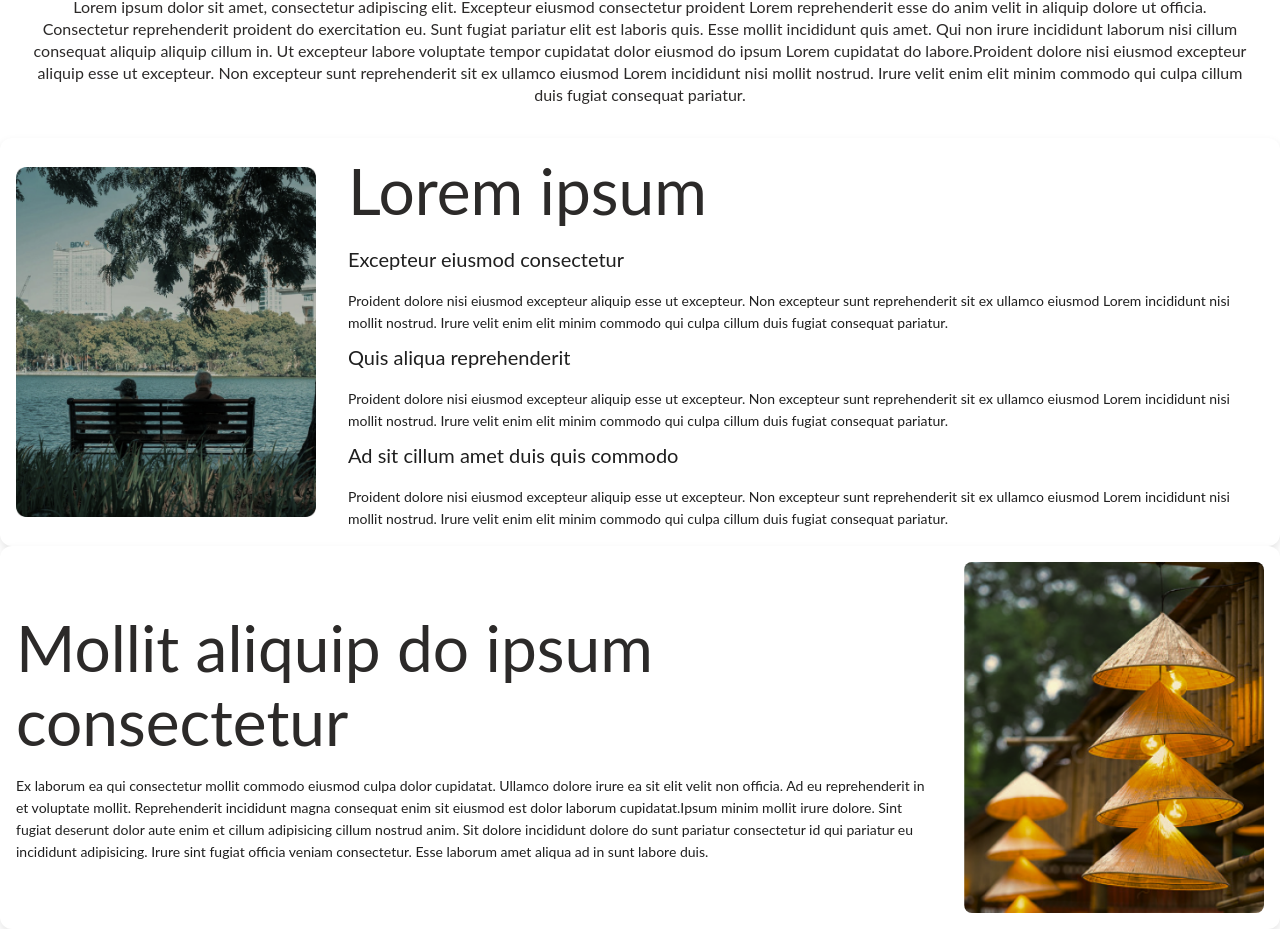
Repository: PhamNguyen2608/WGT-test
Page: index.html
An editor plug-in stored every save of this project. The page is shown before and after the next save, followed by the edit.
The browser window is 1280 px wide. The pictures show the part of the page from y = 782 to 1711 px (the page is 1711 px tall before and 1699 px after).
A picture or video elsewhere on the page could not be fetched, so the positions and the page height are approximate.

Above is the page before, as saved 2024-11-12 02:26:54.

### index.html
<!DOCTYPE html>
<html lang="en">
<head>
    <meta charset="UTF-8">
    <meta name="viewport" content="width=device-width, initial-scale=1.0">
    <title>Test</title>
    <link rel="stylesheet" href="asset/css/style.css">
</head>
<body>
    <div id="app"></div>
    <script type="module" src="src/js/main.js"></script>
</body>
</html>

### asset/css/style.css
@import './global/reset.css';
@import './global/variables.css';
@import './global/typography.css';

@import './components/hero-section.css';
@import './components/content-section.css';
@import './components/header.css';

### src/js/main.js
import App from './app.js';

document.addEventListener('DOMContentLoaded', () => {
    const rootElement = document.getElementById('app');
    const app = new App(rootElement);
    app.render();
});

### asset/css/global/reset.css
/* Reset CSS */
* {
    margin: 0;
    padding: 0;
    box-sizing: border-box;
}

body {
    font-family: var(--font-family-sans);
}

### asset/css/global/variables.css
:root {
    /* Màu sắc */
    --color-primary: #2C2A29;
    --color-secondary: #1F1F1F;
    --color-background: #ffffff;

    /* Font chữ */
    --font-family-serif: 'Georgia', serif;
    --font-family-sans: 'Lato', sans-serif;
    /* Font weight */
    --font-weight-regular: 400;
    --font-weight-medium: 500;
    --font-weight-bold: 700;

    /* Cỡ chữ */
    --font-size-12: 12px;
    --font-size-14: 14px;
    --font-size-16: 16px;
    --font-size-20: 20px;
    --font-size-24: 24px;
    --font-size-40: 40px;

    /* Line height */
    --line-height-1-4: 1.4;
    --line-height-1-6: 1.6;
    --line-height-2-0: 2;
    --line-height-22: 22px;

    /* Khoảng cách */
    --spacing-small: 8px;
    --spacing-medium: 16px;
    --spacing-large: 32px;
}

### asset/css/global/typography.css
/* Font weight */
.text-regular {
    font-weight: var(--font-weight-regular);
}
.text-medium {
    font-weight: var(--font-weight-medium);
}
.text-bold {
    font-weight: var(--font-weight-bold);
}
.text-extra-bold {
    font-weight: var(--font-weight-extra-bold);
}
/* Font size */
.fz-12 {
    font-size: var(--font-size-12);
}
.fz-14 {
    font-size: var(--font-size-14);
}
.fz-16 {
    font-size: var(--font-size-16);
}
.fz-20 {
    font-size: var(--font-size-20);
}
.fz-24 {
    font-size: var(--font-size-24);
}
.fz-40 {
    font-size: var(--font-size-40);
}
/* Line height */
.line-1-4 {
    line-height: var(--line-height-1-4);
}
.line-1-6 {
    line-height: var(--line-height-1-6);
}

/* Text color */
.text-primary {
    color: var(--color-primary);
}
.text-secondary {
    color: var(--color-secondary);
}
.text-accent {
    color: var(--color-accent);
}

### asset/css/components/hero-section.css
.hero-section {
    text-align: center;
    padding: var(--spacing-large);
    background-color: var(--color-background);
    font-family: var(--font-family-sans);
}

.hero-title {
    font-size: var(--font-size-40);
    font-weight: var(--font-weight-regular);
    margin-bottom: var(--spacing-medium);
}

.hero-images {
    display: flex;
    justify-content: center;
    gap: var(--spacing-medium);
}

.hero-content {
    margin-top: var(--spacing-medium);
    font-size: var(--font-size-16);
    font-weight: var(--font-weight-regular);
    line-height: 22px;
    color: var(--color-primary);
}

### asset/css/components/content-section.css
.content-container {
    display: flex;
    flex-direction: column;
    gap: var(--spacing-large);
}

.content-section {
    display: flex;
    flex-direction: row;
    gap: var(--spacing-large);
    align-items: center;
    padding: var(--spacing-medium);
    border: 1px solid var(--color-border);
    border-radius: 12px;
    background-color: var(--color-background);
    box-shadow: 0 4px 8px rgba(0, 0, 0, 0.1);
}

.content-section.reverse {
    flex-direction: row-reverse;
}

.content-image {
    flex: 1;
    max-width: 300px;
    height: auto;
    border-radius: 8px;
    object-fit: cover;
}

.content-text {
    flex: 2;
    display: flex;
    flex-direction: column;
    gap: var(--spacing-small);
}

.content-title {
    font-size: 64px;
    font-weight: 400;
    line-height: 74px;
    color: var(--color-primary);
    margin-bottom: var(--spacing-small);
}

.content-subtitle {
    font-size: 20px;
    font-weight: 400;
    line-height: 30px;
    color: var(--color-secondary);
    margin-bottom: var(--spacing-small);
}

.content-description {
    font-size: 14px;
    font-weight: 400;
    line-height: 22px;
    color: var(--color-secondary);
}

### asset/css/components/header.css
.header {
    color: var(--color-primary);
    text-align: center;
    padding: var(--spacing-large);
    background-color: var(--color-background);
    font-size: var(--font-size-40);
    font-weight: var(--font-weight-regular);
}

.header__title {
    font-size: var(--font-size-40);
    font-weight: var(--font-weight-regular);
    color: var(--color-primary);
    margin: 0;
}

### src/js/app.js
import Router from './router.js';
import LandingPage from '../pages/LandingPage.js';


export default class App {
    constructor(rootElement, routes, components) {
        this.rootElement = rootElement;
        this.routes = routes;
        this.components = components;
        this.router = new Router();
        console.log('App initialized');
    }

    setupRouter(){
        this.router.registerRoute("/", () => new LandingPage().render());
        this.router.listen(this.rootElement);
    }
    render(){
        this.setupRouter();
    }
}

### src/js/router.js
export default class Router {
    constructor() {
        this.routes = {};
    }

    registerRoute(path, callback) {
        this.routes[path] = callback;
    }

    async handleRouteChange(rootElement) {
        const path = window.location.hash.slice(1) || '/';
        const renderCallback = this.routes[path];

        if (renderCallback) {
            rootElement.innerHTML = '';
            try {
                const content = await renderCallback();
                if (content instanceof Node) {
                    rootElement.appendChild(content);
                } else {
                    throw new Error('Render callback did not return a Node');
                }
            } catch (error) {
                console.error('Error rendering route:', error);
                rootElement.innerHTML = '<h1>Failed to load route content</h1>';
            }
        } else {
            rootElement.innerHTML = '<h1>404 - Page Not Found</h1>';
        }
    }

    listen(rootElement) {
        window.addEventListener('hashchange', () => this.handleRouteChange(rootElement));
        this.handleRouteChange(rootElement);
    }
}

### src/pages/LandingPage.js
import Header from '../components/Header.js';
import HeroSection from '../components/HeroSection.js';
import ContentSection from '../components/ContentSection.js';
import GetDataService from '../services/getDataService.js';

export default class LandingPage {
    constructor() {
        this.getDataService = new GetDataService();
    }

    async render() {
        const container = document.createElement('div');
        container.className = 'landing-page';

        try {
            const pageData = await this.getDataService.getData();
            const page = pageData.page;
            console.log(pageData)
            // Render Header
            const header = new Header({ title: page.header.title });
            container.appendChild(header.render());

            // Render HeroSection
            const heroSection = new HeroSection({
                images: page.heroSection.images,
                content: page.heroSection.content,
            });
            container.appendChild(heroSection.render());
            const contentWrapper = document.createElement('div');
            contentWrapper.className = 'content-container';
            container.appendChild(contentWrapper);
            // Render ContentSections
            if (Array.isArray(page.contentSections)) {
                page.contentSections.forEach((sectionData, index) => {
                    const contentSection = new ContentSection({
                        image: sectionData.image,
                        text: sectionData.text,
                        reverse: index % 2 === 1,
                    });
                    container.appendChild(contentSection.render());
                });
            }
            else {
                console.warn('Content sections are not an array:', page.contentSections);
            }
        } catch (error) {
            console.error('Error rendering LandingPage:', error);
            container.textContent = 'Failed to load content.';
        }

        return container;
    }
}

### src/components/Header.js
export default class Header {
    constructor({ title }) {
        this.title = title;
    }

    render() {
        const header = document.createElement('header');
        header.className = 'header';

        const h1 = document.createElement('h1');
        h1.className = 'header__title';
        h1.textContent = this.title;

        header.appendChild(h1);

        return header;
    }
}

### src/components/HeroSection.js
export default class HeroSection {
  constructor(props = {}) {
    const { title, images, content, events = {} } = props;
    this.props = { title, images, content };
    this.events = events;
  }

  createElement(tag, className = "", textContent = "", attributes = {}) {
    const element = document.createElement(tag);
    if (className) element.className = className;
    if (textContent) element.textContent = textContent;

    Object.entries(attributes).forEach(([key, value]) => {
      element.setAttribute(key, value);
    });

    return element;
  }

  createImageContainer(images) {
    const container = this.createElement("div", "hero-images");
    if (Array.isArray(images)) {
      images.forEach(({ src, alt }) => {
        const img = this.createElement("img", "", "", {
          src,
          alt: alt || "Image",
        });
        container.appendChild(img);
      });
    } else {
      console.warn('HeroSection: "images" is not an array', images);
      container.textContent = "No images available";
    }
    return container;
  }

  render() {
    const { title, images, content } = this.props;

    const section = this.createElement("section", "hero-section");

    if (title) {
      const titleElement = this.createElement("h1", "hero-title", title);
      section.appendChild(titleElement);
    }

    const imageContainer = this.createImageContainer(images);
    section.appendChild(imageContainer);

    if (content) {
      const contentElement = this.createElement("p", "hero-content", content);
      section.appendChild(contentElement);
    } else {
      const placeholder = this.createElement(
        "p",
        "hero-content-placeholder",
        "No content available"
      );
      section.appendChild(placeholder);
    }

    return section;
  }
}

### src/components/ContentSection.js
export default class ContentSection {
    constructor({ image, text, reverse = false }) {
        this.image = image;
        this.text = text;
        this.reverse = reverse;
    }

    render() {
        const section = document.createElement('div');
        section.className = 'content-section';
        if (this.reverse) {
            section.classList.add('reverse');
        }

        const imageElement = document.createElement('img');
        imageElement.src = this.image.src;
        imageElement.alt = this.image.alt || 'Content Image';
        imageElement.className = 'content-image';

        const textContainer = document.createElement('div');
        textContainer.className = 'content-text';

        const titleElement = document.createElement('h2');
        titleElement.className = 'content-title';
        titleElement.textContent = this.text.title;

        textContainer.appendChild(titleElement);

        if (Array.isArray(this.text.subsections)) {
            this.text.subsections.forEach((subsection) => {
                const subtitleElement = document.createElement('h3');
                subtitleElement.className = 'content-subtitle';
                subtitleElement.textContent = subsection.subtitle;

                const contentElement = document.createElement('p');
                contentElement.className = 'content-description';
                contentElement.textContent = subsection.content;

                textContainer.appendChild(subtitleElement);
                textContainer.appendChild(contentElement);
            });
        } else if (this.text.content) {
            const contentElement = document.createElement('p');
            contentElement.className = 'content-description';
            contentElement.textContent = this.text.content;
            textContainer.appendChild(contentElement);
        }

        section.appendChild(imageElement);
        section.appendChild(textContainer);

        return section;
    }
}

### src/services/getDataService.js
export default class GetDataService {
    async getData() {
        try {
            const response = await fetch('src/data/data.json');
            if (!response.ok) {
                throw new Error('Failed to fetch data');
            }
            const data = await response.json();
            console.log(data)

            return data;
        } catch (error) {
            console.error('Error fetching data:', error);
            throw error;
        }
    }
}

### src/data/data.json
{
  "page": {
    "header": {
      "title": "Lorem ullamco"
    },
    "heroSection": {
      "images": [
        {
          "src": "asset/images/image-top-1.png",
          "alt": "Description of first image"
        },
        {
          "src": "asset/images/image-top-2.png",
          "alt": "Description of second image"
        }
      ],
      "content": "Lorem ipsum dolor sit amet, consectetur adipiscing elit. Excepteur eiusmod consectetur proident Lorem reprehenderit esse do anim velit in aliquip dolore ut officia. Consectetur reprehenderit proident do exercitation eu. Sunt fugiat pariatur elit est laboris quis. Esse mollit incididunt quis amet. Qui non irure incididunt laborum nisi cillum consequat aliquip aliquip cillum in. Ut excepteur labore voluptate tempor cupidatat dolor eiusmod do ipsum Lorem cupidatat do labore.Proident dolore nisi eiusmod excepteur aliquip esse ut excepteur. Non excepteur sunt reprehenderit sit ex ullamco eiusmod Lorem incididunt nisi mollit nostrud. Irure velit enim elit minim commodo qui culpa cillum duis fugiat consequat pariatur."
    },
    "contentSections": [
      {
        "image": {
          "src": "asset/images/image-bot-1.jpg",
          "alt": "Description of third image"
        },
        "text": {
          "title": "Lorem ipsum",
          "subsections": [
            {
              "subtitle": "Excepteur eiusmod consectetur",
              "content": "Proident dolore nisi eiusmod excepteur aliquip esse ut excepteur. Non excepteur sunt reprehenderit sit ex ullamco eiusmod Lorem incididunt nisi mollit nostrud. Irure velit enim elit minim commodo qui culpa cillum duis fugiat consequat pariatur."
            },
            {
              "subtitle": "Quis aliqua reprehenderit",
              "content": "Proident dolore nisi eiusmod excepteur aliquip esse ut excepteur. Non excepteur sunt reprehenderit sit ex ullamco eiusmod Lorem incididunt nisi mollit nostrud. Irure velit enim elit minim commodo qui culpa cillum duis fugiat consequat pariatur."
            },
            {
              "subtitle": "Ad sit cillum amet duis quis commodo",
              "content": "Proident dolore nisi eiusmod excepteur aliquip esse ut excepteur. Non excepteur sunt reprehenderit sit ex ullamco eiusmod Lorem incididunt nisi mollit nostrud. Irure velit enim elit minim commodo qui culpa cillum duis fugiat consequat pariatur."
            }
          ]
        }
      },
      {
        "image": {
          "src": "asset/images/image-bot-2.png",
          "alt": "Description of fourth image"
        },
        "text": {
          "title": "Mollit aliquip do ipsum consectetur",
          "content": "Ex laborum ea qui consectetur mollit commodo eiusmod culpa dolor cupidatat. Ullamco dolore irure ea sit elit velit non officia. Ad eu reprehenderit in et voluptate mollit. Reprehenderit incididunt magna consequat enim sit eiusmod est dolor laborum cupidatat.Ipsum minim mollit irure dolore. Sint fugiat deserunt dolor aute enim et cillum adipisicing cillum nostrud anim. Sit dolore incididunt dolore do sunt pariatur consectetur id qui pariatur eu incididunt adipisicing. Irure sint fugiat officia veniam consectetur. Esse laborum amet aliqua ad in sunt labore duis."
        }
      }
    ]
  }
}

After the next save:
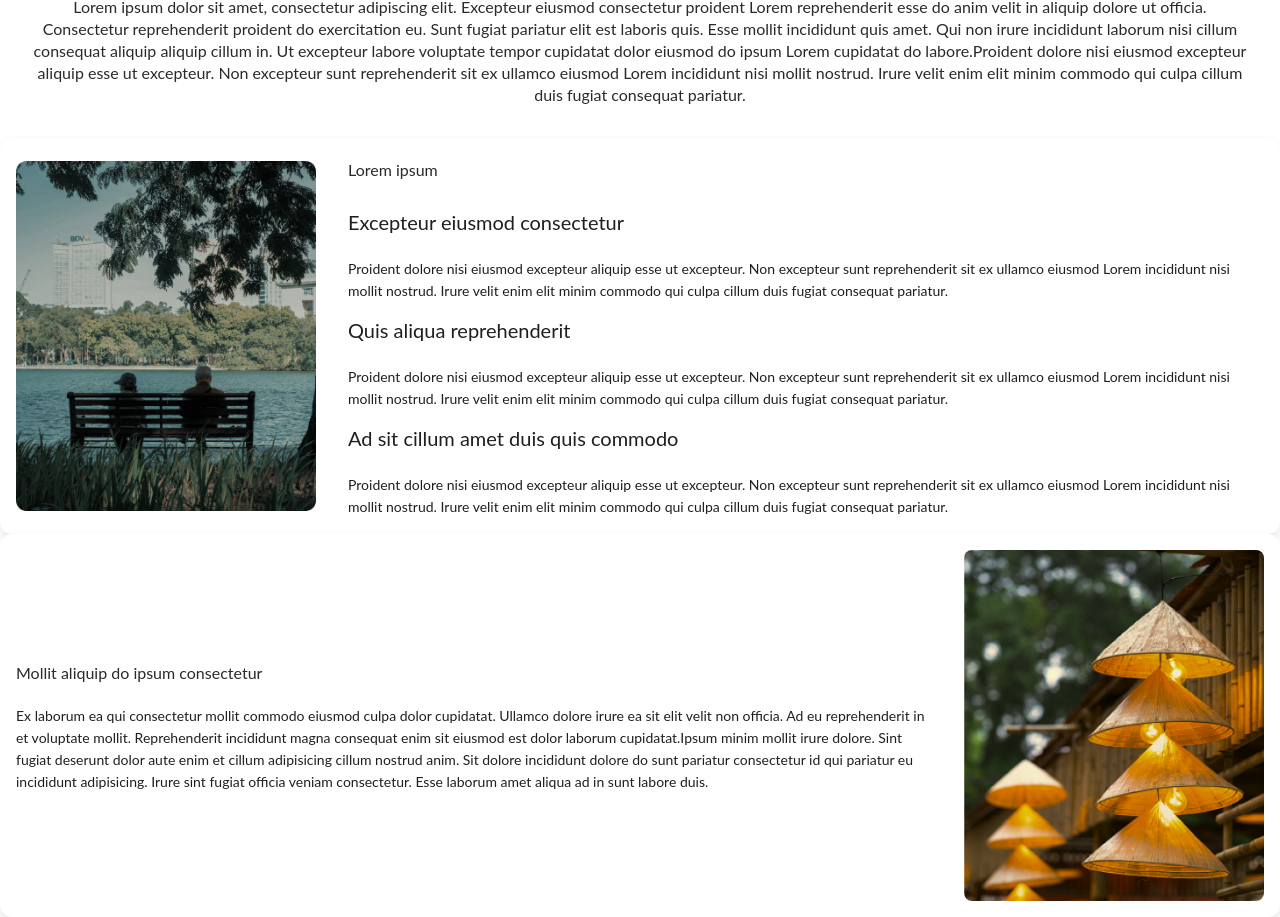
Saved 9 s later.
--- a/asset/css/components/content-section.css
+++ b/asset/css/components/content-section.css
@@ -1,9 +1,3 @@
-.content-container {
-    display: flex;
-    flex-direction: column;
-    gap: var(--spacing-large);
-}
-
 .content-section {
     display: flex;
     flex-direction: row;
@@ -36,24 +30,24 @@
 }
 
 .content-title {
-    font-size: 64px;
-    font-weight: 400;
-    line-height: 74px;
+    font-size: var(--font-size-64);
+    font-weight: var(--font-weight-regular);
+    line-height: var(--line-height-2-0);
     color: var(--color-primary);
     margin-bottom: var(--spacing-small);
 }
 
 .content-subtitle {
-    font-size: 20px;
-    font-weight: 400;
-    line-height: 30px;
+    font-size: var(--font-size-20);
+    font-weight: var(--font-weight-regular);
+    line-height: var(--line-height-2-0);
     color: var(--color-secondary);
     margin-bottom: var(--spacing-small);
 }
 
 .content-description {
-    font-size: 14px;
-    font-weight: 400;
-    line-height: 22px;
+    font-size: var(--font-size-14);
+    font-weight: var(--font-weight-regular);
+    line-height: var(--line-height-22);
     color: var(--color-secondary);
 }
